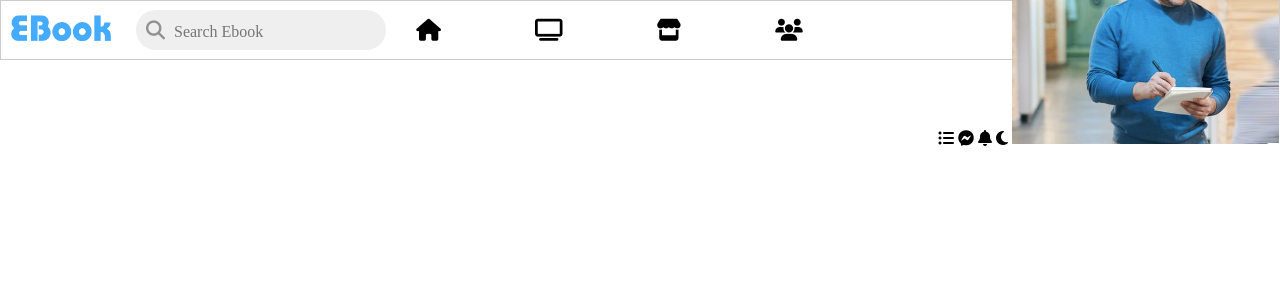
Repository: datvu1608/cloneebook
Page: index.html
These files come from the project's save history. The page is drawn as it stood at one moment and after a run of saves; the edit follows.
The browser window is 1280 px wide. The pictures show the whole page.
The pointer rests on the first visible `nav .center i`.
Some web libraries are served in a nearby version.

Above is the page before, as saved 2023-02-23 14:45:10.

### index.html
<!DOCTYPE html>
<html lang="en">
  <head>
    <meta charset="UTF-8" />
    <meta http-equiv="X-UA-Compatible" content="IE=edge" />
    <meta name="viewport" content="width=device-width, initial-scale=1.0" />
    <title>Face Clone</title>
    <link
      rel="stylesheet"
      href="https://cdnjs.cloudflare.com/ajax/libs/font-awesome/6.3.0/css/all.min.css"
      integrity="sha512-SzlrxWUlpfuzQ+pcUCosxcglQRNAq/DZjVsC0lE40xsADsfeQoEypE+enwcOiGjk/bSuGGKHEyjSoQ1zVisanQ=="
      crossorigin="anonymous"
      referrerpolicy="no-referrer"
    />
    <link rel="stylesheet" href="style.css" />
  </head>
  <body>
    <nav>
      <div class="left">
        <div class="logo">
          <img src="./image/logo.png" alt="" />
        </div>
        <div class="search-bar">
          <i class="fa-solid fa-magnifying-glass"></i>
          <input type="text" name="" id="" placeholder="Search Ebook" />
        </div>
      </div>

      <div class="center">
        <i class="fa-solid fa-house"></i>
        <i class="fa-solid fa-tv"></i>
        <i class="fa-solid fa-store"></i>
        <i class="fa-solid fa-users"></i>
      </div>

      <div class="right">
        <i class="fa-solid fa-list-ul"></i>
        <i class="fa-brands fa-facebook-messenger"></i>
        <i class="fa-solid fa-bell"></i>
        <i class="fa-solid fa-moon"></i>
        <img src="./image/profile.png" alt="" />
      </div>
    </nav>
  </body>
</html>

### style.css
* {
  margin: 0;
  padding: 0;
  box-sizing: border-box;
  font-family: serif;
}
nav {
  width: 100%;
  height: 60px;
  display: flex;
  align-items: center;
  justify-content: space-between;
  border: 1px solid #ccc;
  background: #fff;
  position: fixed;
  z-index: 1000;
  cursor: pointer;
}
nav .left img {
  width: 100px;
  margin: 5px 0;
  cursor: pointer;
}
nav .left {
  display: flex;
  align-items: center;
  justify-content: center;
  margin-left: 10px;
}
nav .left .search-bar {
  width: 250px;
  height: 40px;
  background: #efefef;
  border-radius: 30px;
  padding: 0 10px;
  margin-left: 10px;
  position: relative;
  left: 15px;
}
nav .left .search-bar i {
  line-height: 40px;
  font-size: 19px;
  color: #919191;
  margin-right: 5px;
}
nav .left .search-bar input {
  background-color: transparent;
  outline: none;
  border: 0;
  width: 200px;
  font-size: 16px;
}

nav .center {
  position: relative;
  right: 45px;
}
nav .center i {
  margin: 0 45px 0 45px;
  font-size: 22px;
}
nav .center i:hover {
  color: d;
}

After the next 2 saves:
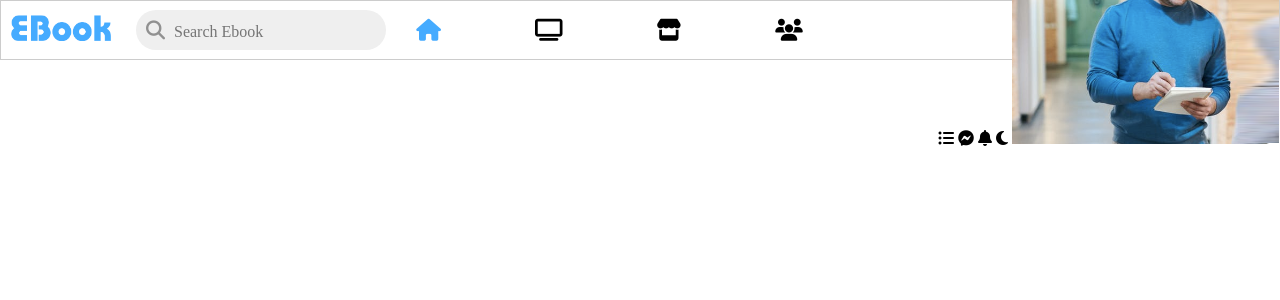
The 2 saves are shown as one change because they came seconds apart.
The last was saved 12 s later.
--- a/style.css
+++ b/style.css
@@ -60,5 +60,6 @@ nav .center i {
   font-size: 22px;
 }
 nav .center i:hover {
-  color: d;
+  color: #45abff;
+  cursor: pointer;
 }
